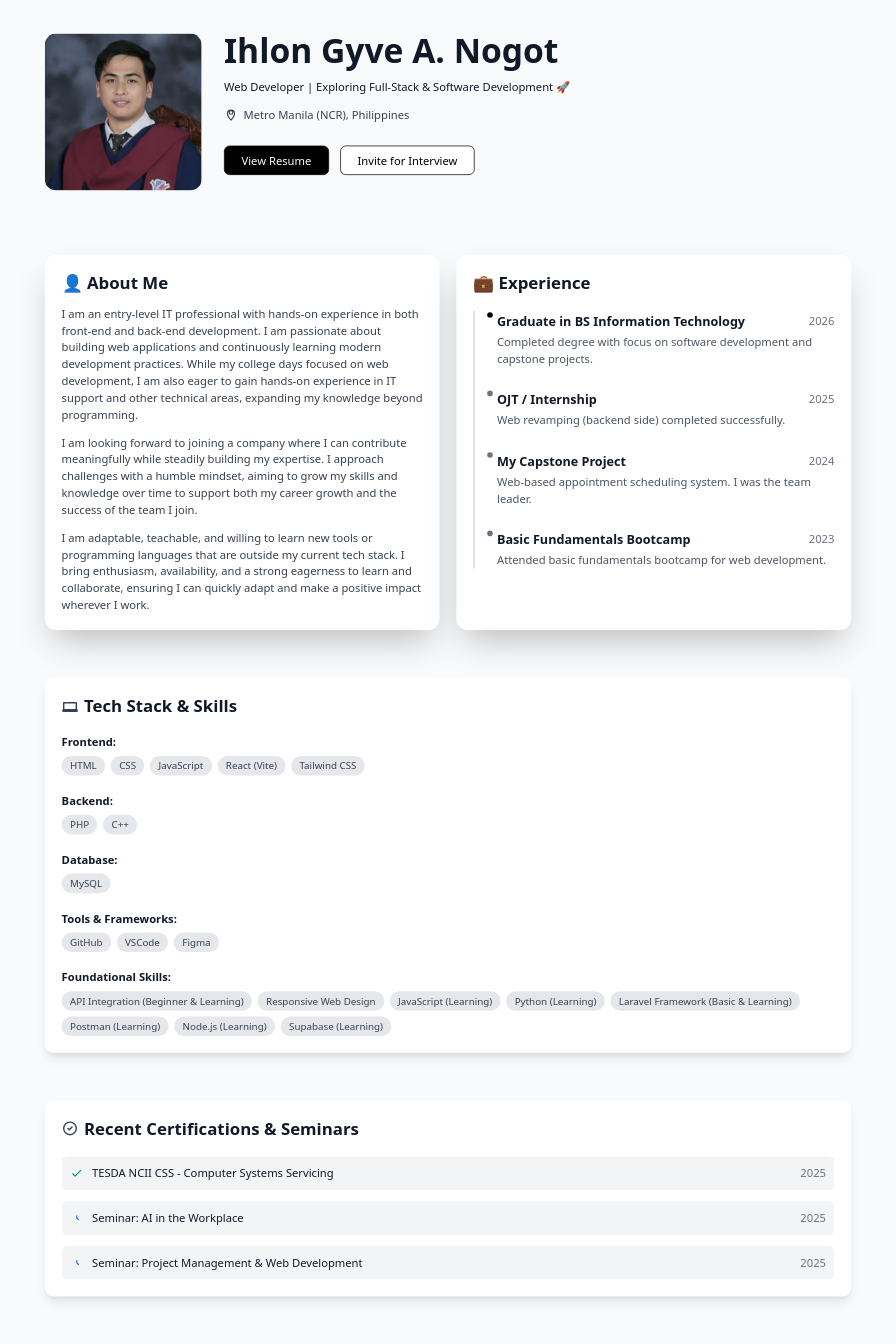
Repository: MeekSharkdev/cv-portfolio
Page: index.html
The author's editor kept a copy of each file at every save. The page is drawn from the files as they stood at one save, then again after a run of saves.
The browser window is 1280 px wide. The pictures show the part of the page from y = 0 to 1920 px (the page is 2616 px tall), at 70% of full size.
A picture or video elsewhere on the page could not be fetched, so the positions and the page height are approximate.

Above is the page before, as saved 2026-01-31 20:23:02.
Not found: styles.css

After the next 2 saves:
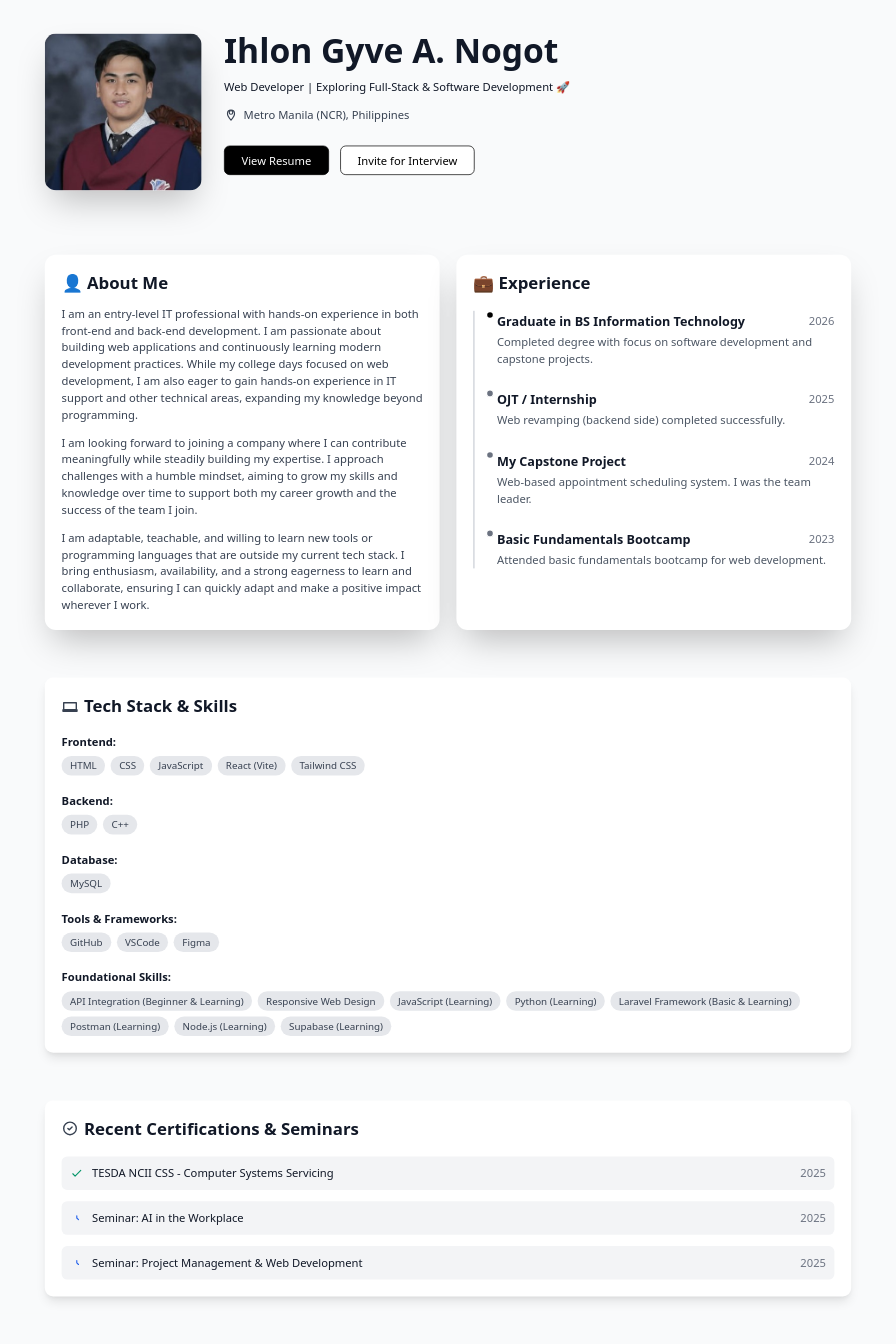
The 2 saves are shown as one change because they came seconds apart.
The last was saved 17 s later.
--- a/index.html
+++ b/index.html
@@ -20,7 +20,7 @@
             <!-- Profile Image -->
             <div class="flex-shrink-0">
                 <img src="./assets/images/Cropted.jpg" alt="Profile Picture"
-                    class="w-48 h-48 md:w-56 md:h-56 object-cover rounded-2xl shadow-4xl">
+                    class="w-48 h-48 md:w-56 md:h-56 object-cover rounded-2xl shadow-2xl">
             </div>
 
             <!-- Info Section -->
